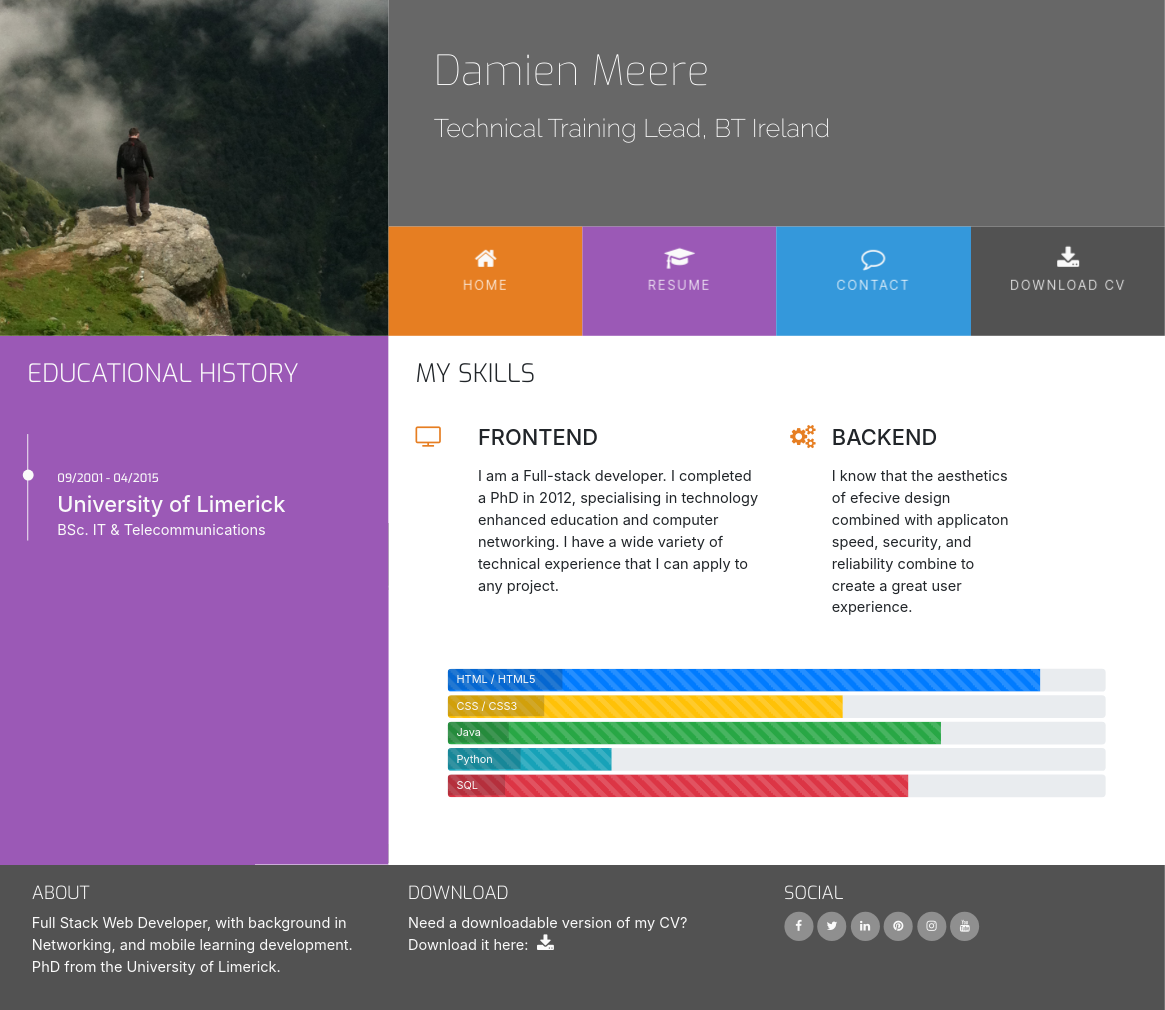
Repository: damien-meere/cv_site_project
Page: resume.html
The author's editor kept a record of every edit. The page is drawn from the files as they stood at one moment, then again after the next edit.
The browser window is 1280 px wide. The pictures show the whole page, at 91% of full size.

Above is the page before.

### resume.html
<!DOCTYPE html>
<html lang="en">

<head>
    <meta charset="UTF-8">
    <meta name="viewport" content="width=device-width, initial-scale=1.0">
    <meta http-equiv="X-UA-Compatible" content="ie=edge">
    <link rel="stylesheet" href="https://stackpath.bootstrapcdn.com/bootstrap/4.3.1/css/bootstrap.min.css" type="text/css" />
    <link rel="stylesheet" href="https://stackpath.bootstrapcdn.com/font-awesome/4.7.0/css/font-awesome.min.css" type="text/css" />
    <link rel="stylesheet" href="https://cdnjs.cloudflare.com/ajax/libs/hover.css/2.3.1/css/hover-min.css" type="text/css" />
    <link rel="stylesheet" href="assets/css/style.css" type="text/css" />
    <title>Damien Meere CV</title>
</head>

<body>
    <header>
        <div class="row no-gutters">
            <a href="index.html" class="col-md-4 logo"></a>
            <div class="col-md-8">
                <div class="row bg-color-name-title no-gutters">
                    <div class="col heading">
                        <h1 class="name">Damien Meere</h1>
                        <h2 class="title">Technical Training Lead, BT Ireland</h2>
                    </div>
                </div>
                <div class="row no-gutters">
                    <div class="col">
                        <ul id="nav" class="list-inline menu-container">
                            <!--the i element with fa is a font awesome icon. Aria hidden means this icon is ignored by screen readers-->
                            <li class="col-6 col-sm-3 list-inline-item ui-menu-color-home menuitem">
                                <a href="#" class="hvr-sweep-to-bottom"><i class="fa fa-home" aria-hidden="true"></i><span>Home</span></a>
                            </li>
                            <li class="col-6 col-sm-3 list-inline-item ui-menu-color-resume menuitem">
                                <a href="#" class="hvr-sweep-to-bottom"><i class="fa fa-graduation-cap" aria-hidden="true"></i><span>Resume</span></a>
                            </li>
                            <li class="col-6 col-sm-3 list-inline-item ui-menu-color-contact menuitem">
                                <a href="#" class="hvr-sweep-to-bottom"><i class="fa fa-comment-o" aria-hidden="true"></i><span>Contact</span></a>
                            </li>
                            <li class="col-6 col-sm-3 list-inline-item ui-menu-color-download menuitem">
                                <a href="#" class="hvr-sweep-to-bottom"><i class="fa fa-download" aria-hidden="true"></i><span>Download CV</span></a>
                            </li>
                        </ul>
                    </div>
                </div>
            </div>
        </div>
    </header>

    <section class="container-fluid">
        <div class="row">
            <!--contariner divided into 4&8 so -->
            <div class="col-md-4 bg-color-work-history section-column">
                <div class="row">
                    <div class="col-12">
                        <!--full with on all screen sizes-->
                        <h3 class="history-heading uppercase">Educational History</h3>
                    </div>
                </div>
                <div class="timeline-item" data-dates="09/2001 - 04/2015">
                    <h4>University of Limerick</h4>
                    <p>BSc. IT & Telecommunications</p>
                </div>

            </div>


            <!--create a column (because we have to have a column as a direct child of a row) of size 8, which is two-thirds the width of the screen-->
            <!--don't need to add any size classes for screen sizes smaller than medium because Bootstrap will automatically default to 12, our full width.-->
            <!--The row-table class specifies the use of a table whereas section-column specifies the use of a table cell, which will give us evenly sized columns in terms of height.-->
            <div class="col-md-8 bg-color-three-reasons section-column">
                <div class="row">
                    <div class="col">
                        <h3 class="section-heading uppercase">My Skills</h3>
                    </div>
                </div>
                <div class="row">
                    <!--When looked at on the mobile, this is going to be 10 columns wide with an offset of 1
                        so that we get the content centered and have a one column margin down the left side.
                        We're going to switch that offset off for tablets and larger because on the tablet,
                        we want it to appear in three columns of content.-->
                    <div class="col-10 offset-1 offset-sm-0 col-sm-4 col-md-6">
                        <div class="row">
                            <div class="col-2">
                                <i class="three-reasons-icon fa fa-tv" aria-hidden="true"></i>
                            </div>
                            <div class="col-10">
                                <h4 class="three-reasons-heading uppercase">FrontEnd</h4>
                                <p>
                                    I am a Full-stack developer. I completed a PhD in 2012, specialising in technology enhanced education and computer networking. I have a wide variety of technical experience that I can apply to any project.
                                </p>
                            </div>
                        </div>
                    </div>
                    <div class="col-10 offset-1 offset-sm-0 col-sm-4 ">
                        <div class="row">
                            <div class="col-2">
                                <i class="three-reasons-icon fa fa-gears" aria-hidden="true"></i>
                            </div>
                            <div class="col-10">
                                <h4 class="three-reasons-heading uppercase">BackEnd</h4>
                                <p>
                                    I know that the aesthetics of efecive design combined with applicaton speed, security, and reliability combine to create a great user experience.
                                </p>
                            </div>
                        </div>
                    </div>
                </div>
                <!--Creating progress bars in MySkills section to illustrate progress on various skills-->
                <div class="row progress-section">
                    <div class="col">
                        <div class="progress">
                            <!--aria valuenow sets the value on the progress bar-->
                            <div class="progress-bar progress-bar-striped progress-bar-animated" role="progressbar" aria-valuenow="90" aria-valuamin="0" aria-valuamax="100" style="width:90%;">
                                <!--Screen Readers Only-->
                                <span class="sr-only">90% Complete</span>
                            </div>
                            <span class="progress-type"> HTML / HTML5 </span>
                        </div>
                        <div class="progress">
                            <!--aria valuenow sets the value on the progress bar-->
                            <div class="progress-bar progress-bar-striped progress-bar-animated bg-warning" role="progressbar" aria-valuenow="60" aria-valuamin="0" aria-valuamax="100" style="width:60%;">
                                <!--Screen Readers Only-->
                                <span class="sr-only">60% Complete</span>
                            </div>
                            <span class="progress-type"> CSS / CSS3 </span>
                        </div>
                        <div class="progress">
                            <!--aria valuenow sets the value on the progress bar-->
                            <div class="progress-bar progress-bar-striped progress-bar-animated bg-success" role="progressbar" aria-valuenow="75" aria-valuamin="0" aria-valuamax="100" style="width:75%;">
                                <!--Screen Readers Only-->
                                <span class="sr-only">75% Complete</span>
                            </div>
                            <span class="progress-type"> Java </span>
                        </div>
                        <div class="progress">
                            <!--aria valuenow sets the value on the progress bar-->
                            <div class="progress-bar progress-bar-striped progress-bar-animated bg-info" role="progressbar" aria-valuenow="25" aria-valuamin="0" aria-valuamax="100" style="width:25%;">
                                <!--Screen Readers Only-->
                                <span class="sr-only">25% Complete</span>
                            </div>
                            <span class="progress-type"> Python </span>
                        </div>
                        <div class="progress">
                            <!--aria valuenow sets the value on the progress bar-->
                            <div class="progress-bar progress-bar-striped progress-bar-animated bg-danger" role="progressbar" aria-valuenow="70" aria-valuamin="0" aria-valuamax="100" style="width:70%;">
                                <!--Screen Readers Only-->
                                <span class="sr-only">70% Complete</span>
                            </div>
                            <span class="progress-type"> SQL </span>
                        </div>
                    </div>
                </div>
            </div>
        </div>
    </section>

    <footer class="container-fluid">
        <div id="footer-details" class="row">
            <div class="col-sm-4">
                <h5 class="uppercase general-sub">About</h5>
                <p class="inline-block">
                    Full Stack Web Developer, with background in Networking, and mobile learning development. PhD from the University of Limerick.
                </p>
            </div>
            <div class="col-sm-4">
                <h5 class="uppercase general-sub">Download</h5>
                <p class="inline-block">
                    Need a downloadable version of my CV? Download it here:
                    <a href="#" target="_blank" class="cv-pdf">
                        <i class="fa fa-download" aria-hidden="true"></i>
                        <span class="sr-only">Download Link</span>
                </p>
            </div>
            <div class="col-sm-4">
                <h5 class="uppercase general-sub">Social</h5>
                <!--unordered list has Bootstrap's default class of list-inline-->
                <!--all items in a list-inline class must use the list-inline-item class-->
                <ul class="list-inline social-links">
                    <li class="list-inline-item">
                        <a target="_blank" href="#">
                            <i class="fa fa-facebook" aria-hidden="true"></i>
                            <!--Screen Reader Only (replace icon with text)-->
                            <span class="sr-only">Facebook</span>
                    </li>
                    <li class="list-inline-item">
                        <a target="_blank" href="#">
                            <i class="fa fa-twitter" aria-hidden="true"></i>
                            <!--Screen Reader Only (replace icon with text)-->
                            <span class="sr-only">Twitter</span>
                    </li>
                    <li class="list-inline-item">
                        <a target="_blank" href="#">
                            <i class="fa fa-linkedin" aria-hidden="true"></i>
                            <!--Screen Reader Only (replace icon with text)-->
                            <span class="sr-only">LinkedIn</span>
                    </li>
                    <li class="list-inline-item">
                        <a target="_blank" href="#">
                            <i class="fa fa-pinterest" aria-hidden="true"></i>
                            <!--Screen Reader Only (replace icon with text)-->
                            <span class="sr-only">Pinterest</span>
                    </li>
                    <li class="list-inline-item">
                        <a target="_blank" href="#">
                            <i class="fa fa-instagram" aria-hidden="true"></i>
                            <!--Screen Reader Only (replace icon with text)-->
                            <span class="sr-only">Instagram</span>
                    </li>
                    <li class="list-inline-item">
                        <a target="_blank" href="#">
                            <i class="fa fa-youtube" aria-hidden="true"></i>
                            <!--Screen Reader Only (replace icon with text)-->
                            <span class="sr-only">YouTube</span>
                    </li>
                </ul>
            </div>
        </div>
    </footer>
</body>
</html>

### assets/css/style.css
@import url('https://fonts.googleapis.com/css?family=Raleway:100,200,300,400,500.600,700|Exo:100,200,300,400,500.600,700');

/*--------------------------------------------------Colours*/

.bg-color-name-title {
    background-color: #676767;
}

.bg-color-three-reasons {
    background-color: #FFF;
}

.ui-menu-color-home {
    background-color: #e67e22;
}

.ui-menu-color-resume {
    background-color: #9b59b6;
}

.ui-menu-color-contact {
    background-color: #3498db;
}

.ui-menu-color-download {
    background-color: #525252;
}

.bg-color-personal-info {
    background-color: #f4f4f4;
}

.bg-color-work-history {
    background-color: #9b59b6;
}


/*--------------------------------------------------Special Padding/margins/text*/

h1,
h2,
h3,
h4 {
    margin: 0;
}

.uppercase {
    text-transform: uppercase;
}

.general-sub {
    font-family: "Exo", sans-serif;
    font-weight: 300;
    color: #fafafa;

}

/* By setting to table we can then specify its child columns as table cells, which ensures that the columns will remain equal height, regardless of their content*/

.row-table {
    display: table;
}

.section-column {
    display: table-cell;
    padding: 0 30px 30px;
    float: none;
}

.history-heading,
.section-heading {
    font-family: "Exo", sans-serif;
    font-weight: 300;
    margin-top: 25px;
    margin-bottom: 40px;
}



/*--------------------------------------------------Headings*/

header {
    margin: 0;
}

.heading {
    margin-left: 50px;
}

.logo {
    background: url("../images/logo_image.jpg");
    background-position: center;
    background-repeat: no-repeat;
    background-size: cover;
    min-height: 360px;
    transition: all .5s ease-in-out;
    -moz-transition: all .5s ease-in-out;
    -webkit-transition: all .5s ease-in-out;
}

.name {
    font-family: "Exo", sans-serif;
    font-weight: 100;
    font-size: 46px;
    margin-top: 50px;
    color: #fff;
}

.title {
    font-family: "Raleway", sans-serif;
    font-weight: 200;
    font-size: 28px;
    margin-top: 20px;
    margin-bottom: 90px;
    color: #fff;
}

.list-inline-item:not(:last-child) {
    margin: 0;
}

.menu-container {
    font-size: 0;
}

#nav {
    margin: 0;
}

#nav li {
    font-size: 14px;
    padding: 0;
}

.menuitem {
    height: 120px;
    text-align: center;
    padding: 0;
}

.menuitem a {
    width: 100%;
    text-decoration: none;
    color: #fff;
    height: 120px;
}

.menuitem a i {
    padding-top: 22px;
    /*Set to block to ensure icon appears on a new line*/
    display: block;
    color: #fafafa;
    font-size: 26px;
}


.menuitem span {
    display: block;
    width: 100%;
    padding-top: 5px;
    text-align: center;
    text-transform: uppercase;
    font-size: 14px;
    font-weight: 300;
    letter-spacing: 2px;
}



/*--------------------------------------------------Hover Override*/

.hvr-sweep-to-bottom:before {
    /*setting rgb to black, but the transparancy to 0.2, to its a subtle change*/
    background: rgba(0, 0, 0, 0.2);
}



/*--------------------------------------------------Footer*/

footer {
    background-color: #525252;
    color: #fafafa;
    min-height: 120px;
    margin: 0;

}

.inline-block {
    display: inline-block;
}

.cv-pdf i {
    font-size: 20px;
    color: #fafafa;
    text-align: center;
    padding-left: 5px;
    transition: all 0.3s ease-in-out;
    -moz-transition: all 0.3s ease-in-out;
    -webkit-transition: all 0.3s ease-in-out;
    -o-transition: all 0.3s ease-in-out;
}

.cv-pdf i:hover {
    color: #e84610;
}


.social-links {
    padding-bottom: 15px;
}

.social-links li a i {
    width: 32px;
    height: 32px;
    padding: 12px 0;
    /*if you set the border-radius to 50% when something has equal height and width, then you get a circle.*/
    border-radius: 50%;
    font-size: 13px;
    line-height: 7px;
    text-align: center;
    color: #fafafa;
    background: #8f8f8f;
    transition: all 0.3s ease-in-out;
    -moz-transition: all 0.3s ease-in-out;
    -webkit-transition: all 0.3s ease-in-out;
    -o-transition: all 0.3s ease-in-out;
}

.social-links li a i:hover {
    background: #e84610;

}

#footer-details {
    padding: 20px;
}

/*--------------------------------------------------Three Reasons*/

.three-reasons-icon {
    font-size: 26px;
    color: #e67e22;

}

.three-reasons-heading {
    margin-bottom: 15px;

}

/*--------------------------------------------------Personal Info*/

.personal-info-item {
    margin-bottom: 20px;
    display: block;
    /*set the display to block, so it will start and end with a newline and occupy the entirety of the horizontal space.*/
    clear: both;
    /*set the clear to both so that no other items can appear at either side of it in case, we were using floats.*/
}

.personal-info-item .key,
.personal-info-item .value {
    padding-right: 8px;
    display: inline-block;
    /*nline block allows us to put two divs side-by-side*/
}

.personal-info-item .key p,
.personal-info-item .value p {
    margin: 0;
}

.personal-info-item .key {
    width: 30%;
    margin-right: 21px;
    padding-top: 2px;
    vertical-align: top;

}

.personal-info-item .key p {
    font-weight: 700;
}

.personal-info-item .value {
    width: 60%;
    position: relative;
}

/*--------------------------------------------------Skills*/

.progress {
    position: relative;
    height: 25px;
    margin-bottom: 4px;
}

.progress-type {
    position: absolute;
    left: 0px;
    font-weight: 400;
    padding: 3px 30px 2px 10px;
    color: #fafafa;
    background-color: rgba(25, 25, 25, 0.2);
}

.progress-section {
    margin: 40px 20px;
}



/*--------------------------------------------------Work History*/

.history-heading {
    color: #fafafa;
    margin-bottom: 50px;

}

/*Border-left creates vertical timline to left*/

.timeline-item {
    padding: 4em 2em 0em 2em;
    position: relative;
    color: #fafafa;
    border-left: 1px solid;
}

.timeline-item p {
    padding: 0;
    margin: 0;
}

.timeline-item:before {
    content: attr(data-dates);
    position: absolute;
    left: 2.5em;
    top: 3em;
    display: block;
    font-family: "Exo", sans-serif;
    font-weight: 500;
    font-size: 0.8em;
    margin: 0;
    padding: 0;
}

/*creates circle on vertical timeline*/

.timeline-item:after {
    width: 12px;
    height: 12px;
    display: block;
    top: 2.4em;
    position: absolute;
    left: -6px;
    border-radius: 12px;
    content: '';
    background-color: #fafafa;
}

.history-items {
    margin-bottom: 30px;
}

After the next edit:
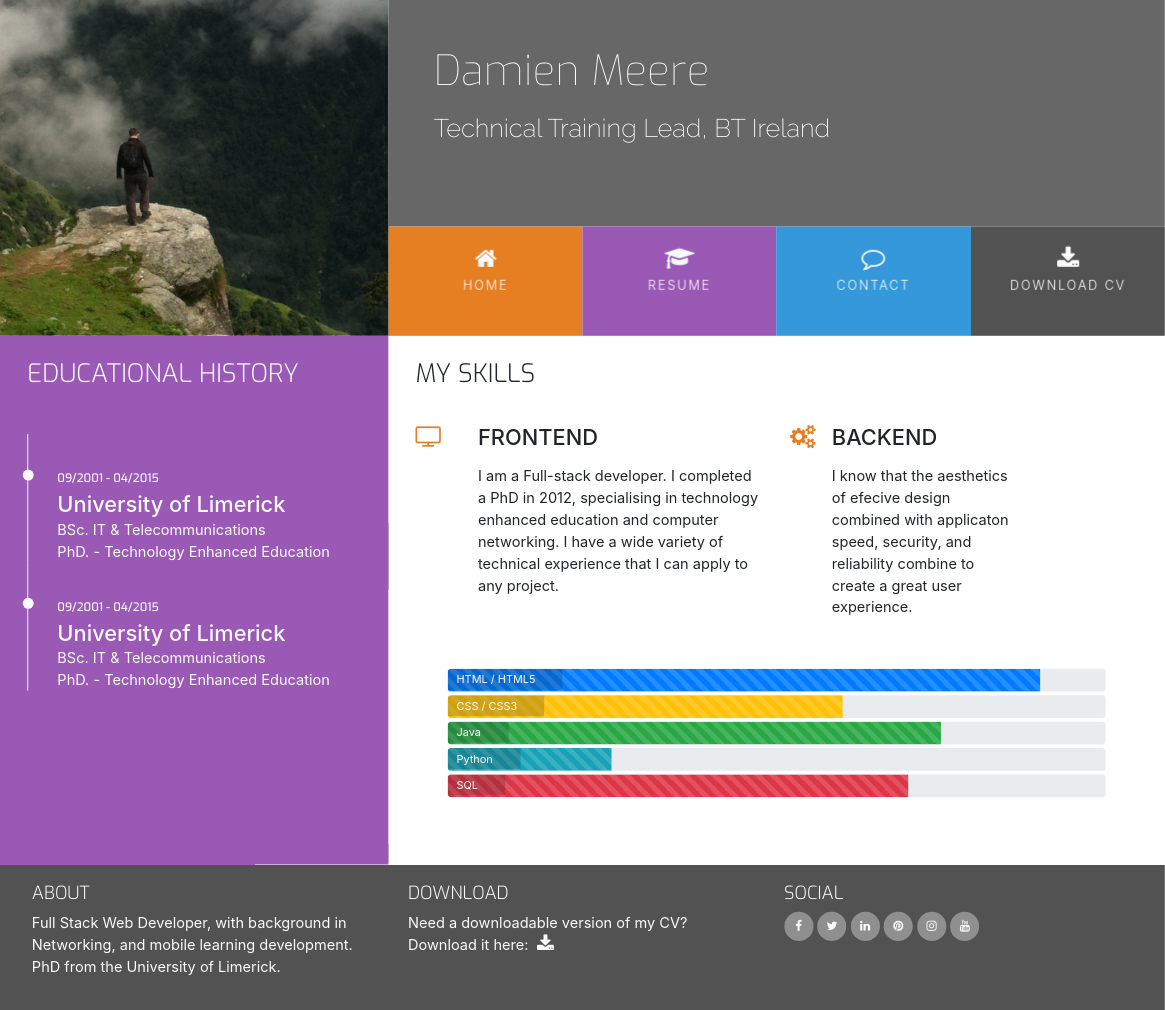
The edit:
--- a/resume.html
+++ b/resume.html
@@ -59,6 +59,12 @@
                 <div class="timeline-item" data-dates="09/2001 - 04/2015">
                     <h4>University of Limerick</h4>
                     <p>BSc. IT & Telecommunications</p>
+                    <p>PhD. - Technology Enhanced Education</p>
+                </div>
+                <div class="timeline-item" data-dates="09/2001 - 04/2015">
+                    <h4>University of Limerick</h4>
+                    <p>BSc. IT & Telecommunications</p>
+                    <p>PhD. - Technology Enhanced Education</p>
                 </div>
 
             </div>
